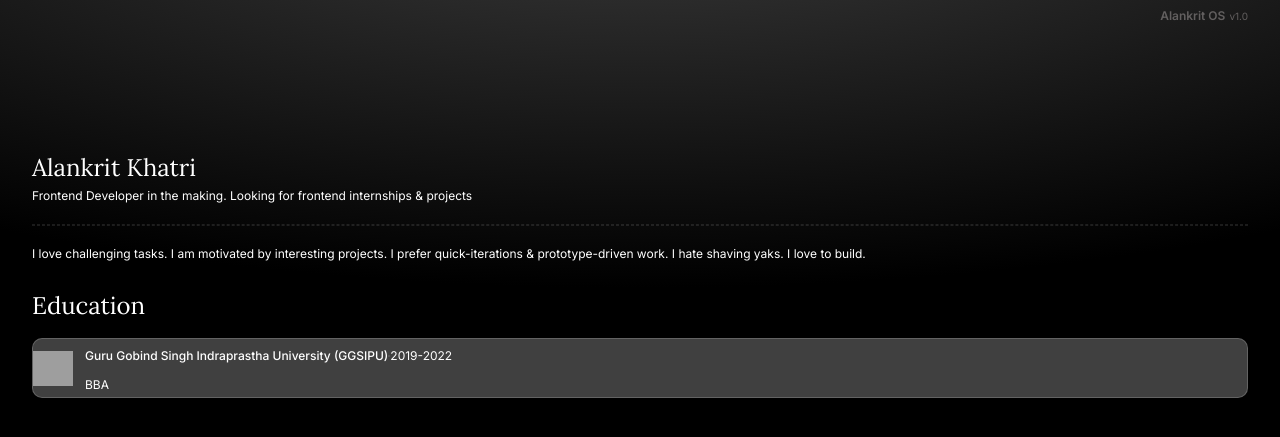
Repository: alankritkhatri/alankrit.xyz
Page: /
An editor plug-in stored every save of this project. The page is shown before and after a run of saves, followed by the edit.
The browser window is 1280 px wide. The pictures show the whole page.
Pictures or frames that could not be fetched are drawn as grey boxes. The project was rebuilt for these pictures with package versions that can differ from the ones it lists, and the page was loaded fresh each time. Also part of the build but not shown: vite.config.js, src/blog.jsx.

Above is the page before, as saved 2024-08-11 21:23:49.

### index.html
<!DOCTYPE html>
<html lang="en">
  <head>
    <meta charset="UTF-8" />

    <link rel="icon" type="image/svg+xml" href="/vite.svg" />
    <link rel="preconnect" href="https://fonts.googleapis.com" />
    <link rel="preconnect" href="https://fonts.gstatic.com" crossorigin />
    <link
      href="https://fonts.googleapis.com/css2?family=Inter:wght@100..900&display=swap"
      rel="stylesheet"
    />

    <link
      href="https://fonts.googleapis.com/css2?family=Lora:ital,wght@0,400..700;1,400..700&display=swap"
      rel="stylesheet"
    />
    <!-- Linkedin link -->
    <script
      src="https://platform.linkedin.com/badges/js/profile.js"
      async
      defer
      type="text/javascript"
    ></script>
<meta name="viewport" content="width=device-width, initial-scale=1.0">
    <title>AlankritOS</title>
  </head>
  <body>
    <div id="root"></div>
    <script type="module" src="/src/main.jsx"></script>
  </body>
</html>

### src/App.jsx
import "./App.css";
import { BrowserRouter as Router, Routes, Route, Link } from "react-router-dom";
import Blog from "./blog";
import Home from "./pages/Home/Home";
const App = () => {
  return (
    <div className="main">
      <Router>
        <Link to="/">
          <div className="logo">
            <h1>Alankrit OS</h1>
            <span>v1.0</span>
          </div>
        </Link>
        <Routes>
          <Route path="/" element={<Home />} />
          <Route path="blog" element={<Blog />} />
        </Routes>
      </Router>
    </div>
  );
};

export default App;

### src/App.css
* {
  margin: 0px;
  padding: 0px;
  box-sizing: border-box;
  font-family: Inter, Haettenschweiler, "Arial Narrow Bold", sans-serif;
}

body,html{
  min-height: 100vh;
background: radial-gradient(100% 60% at 50% -20%, #404040, #000000)
}
.main {
  h1 {
    line-height: 32px;
  }
  h2 {
    line-height: 24px;
  }
  h3 {
    line-height: 16px;
  }
  p {
    line-height: 24px;
  }
  color: white;

  padding: 0px 32px;
  a {
    text-decoration: none;
  }
  .logo {
    color: rgba(126, 121, 121, 0.726);
    display: flex;
    align-items: center;
    justify-content: flex-end;
    gap: 4px;

    font-family: monospace;
    animation: flicker 2s infinite;
    h1 {
      font-size: 12px;
      font-weight: 600;
    }
    span {
      font-size: 10px;
      font-weight: 400;
    }
  }
}
/* logo flickr animation */
@keyframes flicker {
  0% {
    opacity: 0;
  }
  9% {
    opacity: 0;
  }
  10% {
    opacity: 0.5;
  }
  13% {
    opacity: 0;
  }
  20% {
    opacity: 0.5;
  }
  25% {
    opacity: 1;
  }
}

### src/pages/Home/Home.jsx
import Infosection from "../../components/Info-Section/Infosection.jsx";
import "./Home.css";
import data from "../../alankrit_data/data.json";
const Home = () => {
  return (
    <div className="home">
      <div
        className="badge-base LI-profile-badge"
        data-locale="en_US"
        data-size="medium"
        data-theme="dark"
        data-type="VERTICAL"
        data-vanity="alankrit-khatri"
        data-version="v1"
      >
        {" "}
        </div>

      <div className="about-section">
        <h1 className="name">Alankrit Khatri</h1>
        <p>
          Frontend Developer in the making. Looking for frontend internships &
          projects
        </p>
        <div className="dashed-line"></div>
        <p>
          I love challenging tasks. I am motivated by interesting projects. I
          prefer quick-iterations & prototype-driven work. I hate shaving yaks.
          I love to build.
        </p>
      </div>
      <div className="education-section">
        <h1>Education</h1>
        <Infosection {...data} />




        {console.log(data)}
      </div>
    </div>
  );
};

export default Home;

### src/components/Info-Section/Infosection.jsx
import "./infoSection.css";
const Infosection = (props) => {
  return (
    <>
      <div className="infosection-details">
        <img
          src={props[0].educationDetails.bachelors.logo}
          alt=""
          style={{ width: "40px", height: "35px" }}
        />
        <div className=" infosection-info">
          <div className="infosection-info-top ">
            <h2 style={{ opacity: "1", fontWeight: "500" }}>
              {props[0].educationDetails.bachelors.schoolName}
            </h2>
            <div className="dashed-line"></div>
            <h2> {props[0].educationDetails.bachelors.schoolYears} </h2>
          </div>

          <div className="infosection-info-bottom">
            <h2> {props[0].educationDetails.bachelors.course}</h2>
          </div>
        </div>
      </div>
    </>
  );
};

export default Infosection;

### src/pages/Home/Home.css
.home {
  margin: 96px 0px;
  display: flex;
  flex-direction: column;
  gap: 24px;
  /* dashed line  */
  .dashed-line {
    margin: 16px 0px;
    opacity: 0.1;
    border-width: 1px;
    border-style: dashed;
    color: rgb(255 255 255);
  }
  .hide {
    display: none;
  }
  h1 {
    font-family: "Lora", serif;
    font-size: 24px;
    font-weight: 400;
  }
  h2 {
    font-size: 12px;
    font-style: normal;
    font-weight: 400;
  }
  h3 {
    font-size: 10px;
    font-style: normal;
    font-weight: 300;
  }
  p {
    font-size: 12px;
  }
  .about-section {
    display: flex;
    flex-direction: column;
    .name {
      line-height: 32px;
    }
  }
}

### src/alankrit_data/data.json
[
  {
    "educationDetails": {
      "className": "education-details",
      "bachelors": {
        "schoolName": "Guru Gobind Singh Indraprastha University (GGSIPU)",
        "schoolYears": "2019-2022",
        "course": "BBA",
        "logo": "https://encrypted-tbn0.gstatic.com/images?q=tbn:ANd9GcRM9GNTFenU_T9caTwA63o86iaVHMnf9eeEPw&s"
      },
      "masters": {
        "schoolName": "Guru Gobind Singh Indraprastha University (GGSIPU)",
        "schoolYears": "2019-2022",
        "logo": "https://encrypted-tbn0.gstatic.com/images?q=tbn:ANd9GcRM9GNTFenU_T9caTwA63o86iaVHMnf9eeEPw&s"
      }
    }
  }
]

### src/components/Info-Section/infoSection.css
.infosection-details {
  background: rgba(255, 255, 255, 0.25);
  -webkit-backdrop-filter: blur(4px);
  border-radius: 10px;
  border: 1px solid rgba(255, 255, 255, 0.18);
  backdrop-filter: blur(10px);
  backdrop-filter: saturate(180%) blur(10px);
  display: flex;
  align-items: center;
  gap: 12px;
  margin: 16px 0px;

  .infosection {
    width: 100%;
    min-width: 80%;
    * {
      line-height: 16px;
    }
    h3 {
      letter-spacing: -0.26px;
      opacity: 0.5;
    }
    h2 {
      opacity: 0.5;
    }
  }
  .infosection-info-top {
    display: flex;
    justify-content: space-between;
    align-items: center;
  }
}

Loaded but not shown: src/main.jsx (common file)

After the next 4 saves:
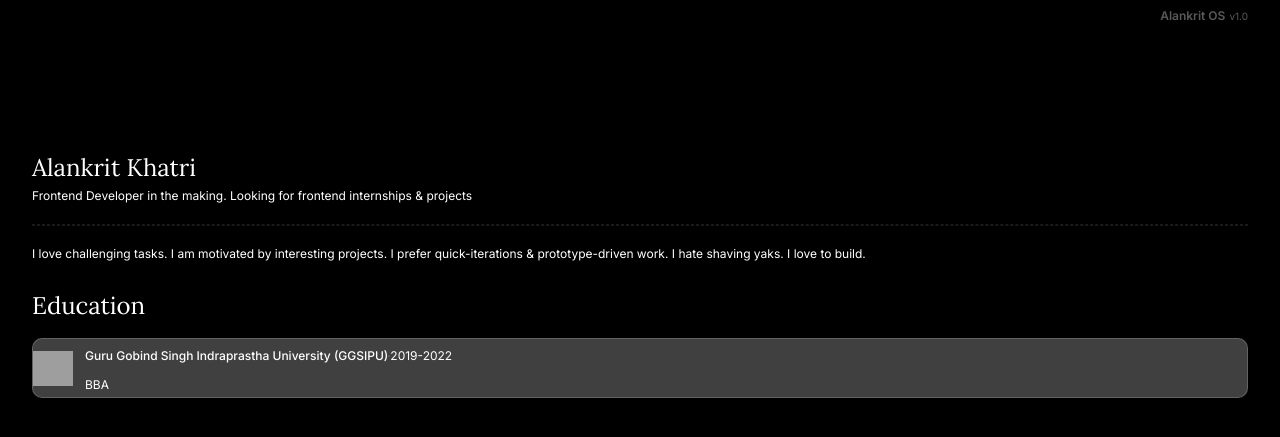
The 4 saves are shown as one change because they came seconds apart.
The last was saved 17 s later.
--- a/src/App.css
+++ b/src/App.css
@@ -7,7 +7,7 @@
 
 body,html{
   min-height: 100vh;
-background: radial-gradient(100% 60% at 50% -20%, #404040, #000000)
+background: radial-gradient(100% 10% at 50% -20%, #404040, #000000)
 }
 .main {
   h1 {

After the 5 saves that followed:
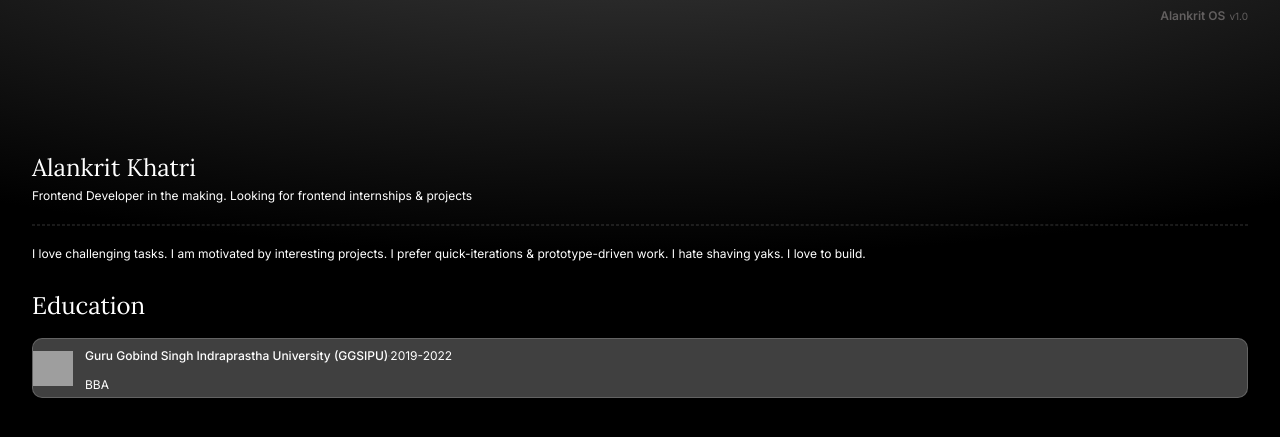
The 5 saves are shown as one change because they came seconds apart.
The last was saved 14 s later.
--- a/src/App.css
+++ b/src/App.css
@@ -7,7 +7,7 @@
 
 body,html{
   min-height: 100vh;
-background: radial-gradient(100% 10% at 50% -20%, #404040, #000000)
+background: radial-gradient(100% 400px at 50% -20%, #404040, #000000)
 }
 .main {
   h1 {
